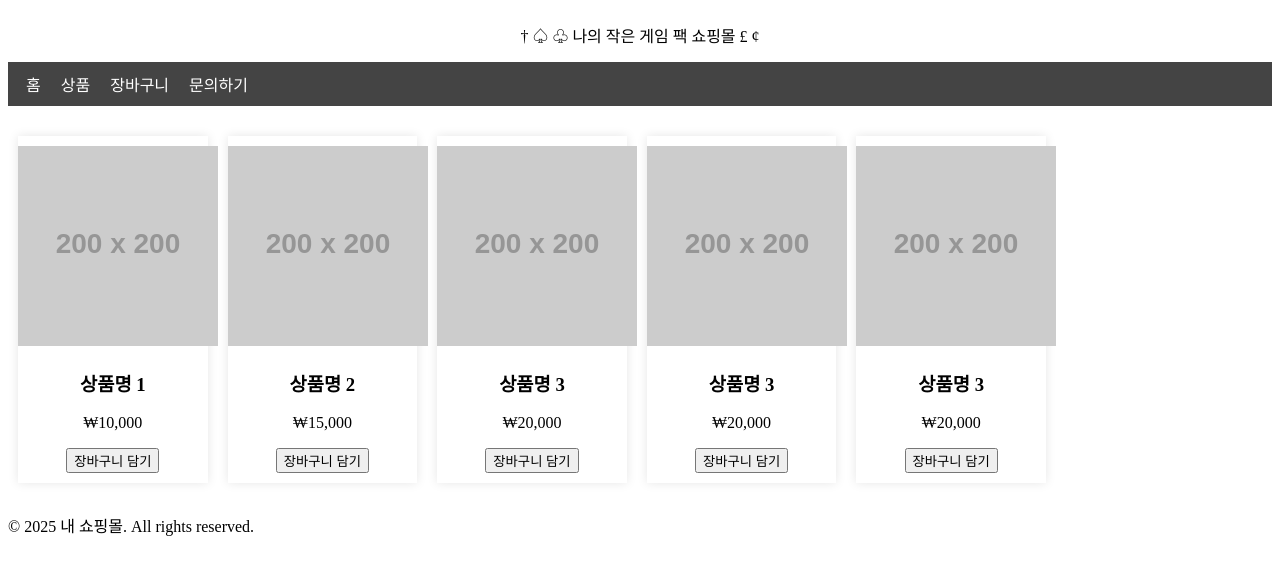
Repository: SeungYeon04/A_AssetsJSP
Page: http://localhost/JSP_Start01/
An editor plug-in stored every save of this project. The page is shown before and after a run of saves, followed by the edit.
The browser window is 1280 px wide. The pictures show the whole page.
Some web fonts or font styles are not loaded; a fallback is used. The page is served by Tomcat 9.

Above is the page before, as saved 2025-03-11 07:09:46.

### JSP_Start01/src/main/webapp/index.jsp
<%@ page language="java" contentType="text/html; charset=UTF-8"
    pageEncoding="UTF-8"%>
<!DOCTYPE html>
<html>
<head>
<meta charset="UTF-8">
<title>Insert title here</title>
</head>
<body>
	<header>† ♤ ♧  나의 작은 게임 팩 쇼핑몰 £ ¢</header>

    <nav>
        <a href="#">홈</a>
        <a href="#">상품</a>
        <a href="#">장바구니</a>
        <a href="#">문의하기</a>
    </nav>

    <div class="container">
        <div class="product">
            <img src="https://via.placeholder.com/200" alt="상품1">
            <h3>상품명 1</h3>
            <p>₩10,000</p>
            <button>장바구니 담기</button>
        </div>

        <div class="product">
            <img src="https://via.placeholder.com/200" alt="상품2">
            <h3>상품명 2</h3>
            <p>₩15,000</p>
            <button>장바구니 담기</button>
        </div>

        <div class="product">
            <img src="https://via.placeholder.com/200" alt="상품3">
            <h3>상품명 3</h3>
            <p>₩20,000</p>
            <button>장바구니 담기</button>
        </div>
        <div class="product">
            <img src="https://via.placeholder.com/200" alt="상품3">
            <h3>상품명 3</h3>
            <p>₩20,000</p>
            <button>장바구니 담기</button>
        </div>
         <div class="product">
            <img src="https://via.placeholder.com/200" alt="상품3">
            <h3>상품명 3</h3>
            <p>₩20,000</p>
            <button>장바구니 담기</button>
        </div>
    </div>

    <footer>© 2025 내 쇼핑몰. All rights reserved.</footer>
    <style>

    	body {
    		font-family: 'Ownglyph_ParkDaHyun';
    	}

    	header {
    		text-align: center;
    		padding: 15px 0;
    	}



	    @font-face {
		    font-family: 'Ownglyph_ParkDaHyun';
		    src: url('https://fastly.jsdelivr.net/gh/projectnoonnu/2411-3@1.0/Ownglyph_ParkDaHyun.woff2') format('woff2');
		    font-weight: normal;
		    font-style: normal;
		}

		nav {
			background-color: #444;
			padding: 10px;
			text-align: ceter;

			a {
				color: white;
            	text-decoration: none;
            	margin: 0 8px;
            	/*font-size: 18px;*/
			 }

			a:hover {
            	text-decoration: underline;
        	}
		}

		/* 메인콘텐츠 */
		.container {
			width: 100%;
			margin: 20px auto;
			display: flex;
			flex-wrap: wrap;

			jusify-content:	space-between;
		}

		.product {
			width: 15%; /* 너비 추가 */
			background: white;
			padding-top: 10px;
			padding-bottom: 10px;
			box-shadow: 0 0 10px rgba(0, 0, 0, 0.1);
			text-align: center;
			margin: 10px ;
		}


    </style>
</body>
</html>

After the next 3 saves:
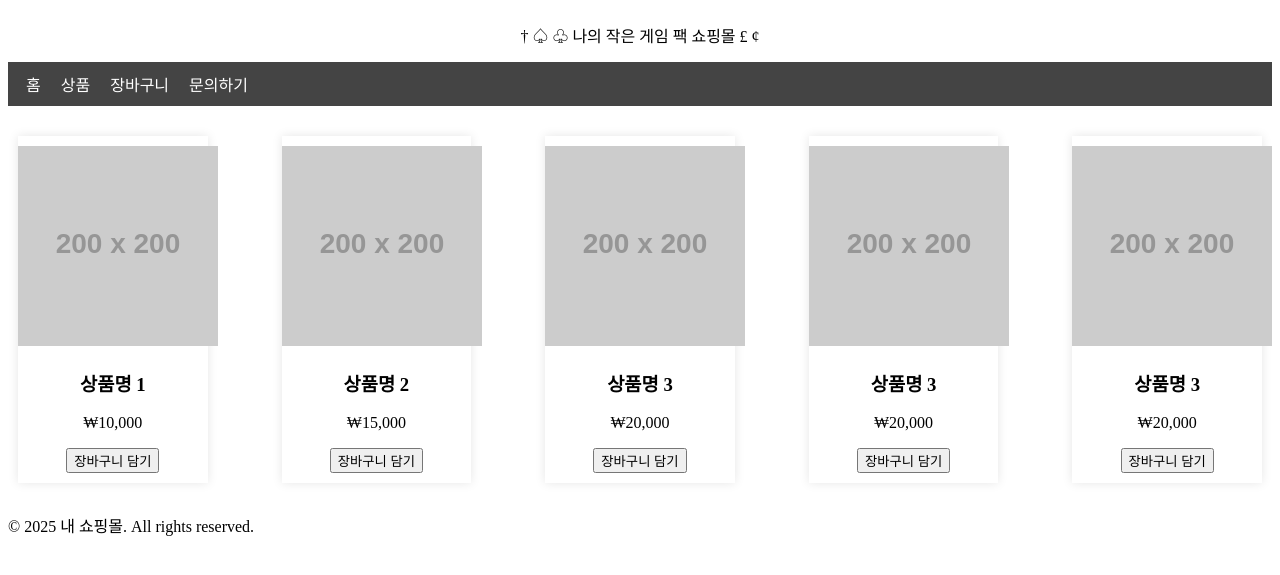
The 3 saves are shown as one change because they came seconds apart.
The last was saved 20 s later.
--- a/JSP_Start01/src/main/webapp/index.jsp
+++ b/JSP_Start01/src/main/webapp/index.jsp
@@ -96,7 +96,7 @@
 			display: flex;
 			flex-wrap: wrap;
 
-			jusify-content:	space-between;
+			justify-content: space-between;
 		}
 
 		.product {

After the save that followed:
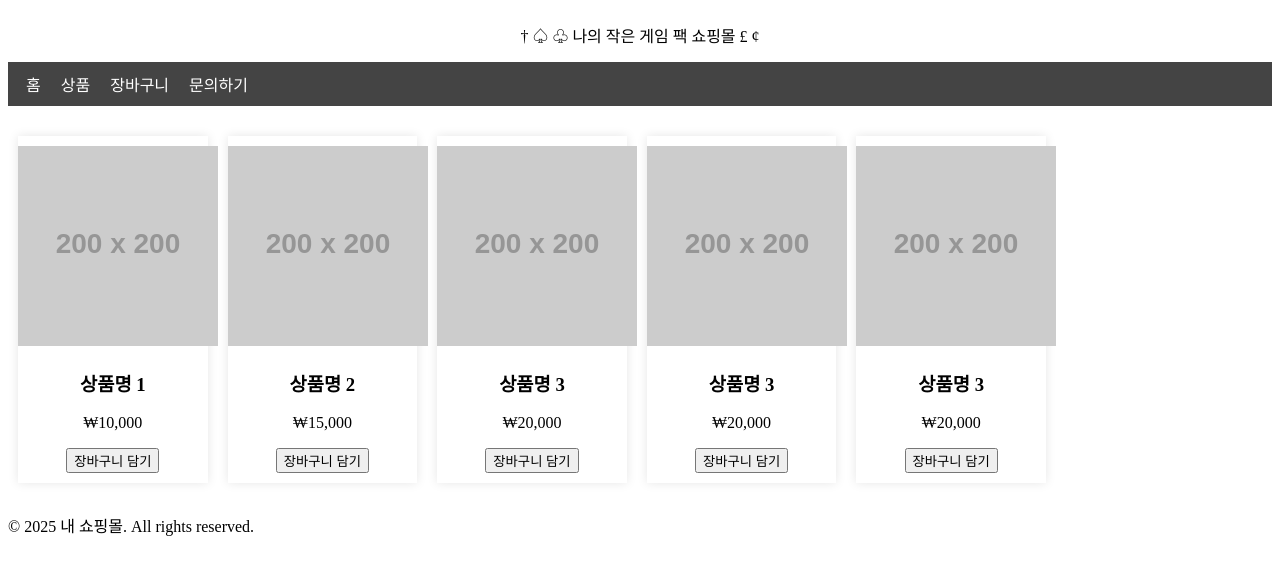
Saved 13 s later.
--- a/JSP_Start01/src/main/webapp/index.jsp
+++ b/JSP_Start01/src/main/webapp/index.jsp
@@ -96,7 +96,7 @@
 			display: flex;
 			flex-wrap: wrap;
 
-			justify-content: space-between;
+
 		}
 
 		.product {
